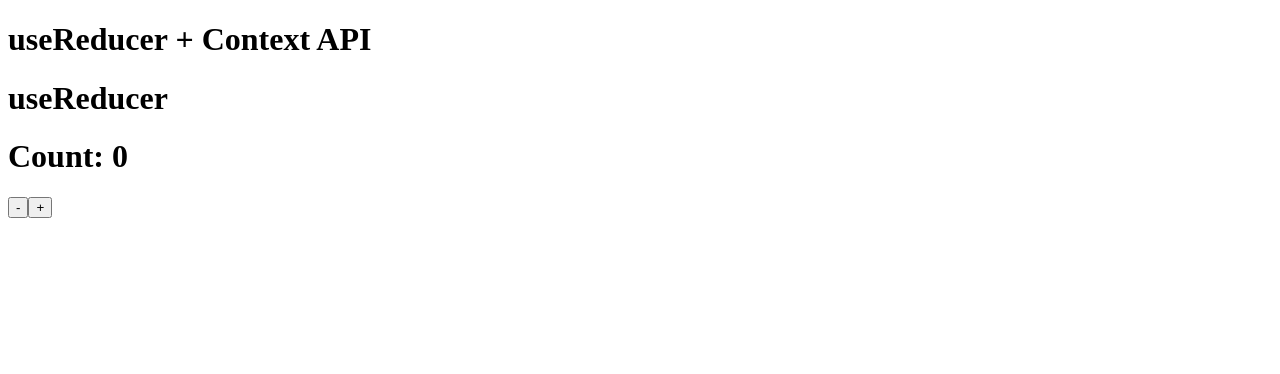
Repository: hungtuan/reactjs-k4-fullstack
Page: / (app in react-04/)
An editor plug-in stored every save of this project. The page is shown before and after the next save, followed by the edit.
The browser window is 1280 px wide. The pictures show the whole page.
The project was rebuilt for these pictures with package versions that can differ from the ones it lists, and the page was loaded fresh each time. Also part of the build but not shown: react-04/vite.config.js.

Above is the page before, as saved 2023-11-15 16:43:38.

### react-04/src/main.jsx
import React from "react";
import ReactDOM from "react-dom/client";
import App from "./App.jsx";
import Provider from "./core/Provider.jsx";

ReactDOM.createRoot(document.getElementById("root")).render(
  <React.StrictMode>
    <Provider>
      <App />
    </Provider>
  </React.StrictMode>
);

### react-04/src/App.jsx
import Counter from "./components/Counter";

export default function App() {
  return (
    <div>
      <h1>useReducer + Context API</h1>
      <Counter />
    </div>
  );
}

### react-04/src/core/Provider.jsx
import { createContext, useReducer } from "react";
import { reducer, initialState } from "./Reducer";
export const ProviderContext = createContext();
const Provider = ({ children }) => {
  const [state, dispatch] = useReducer(reducer, initialState);
  return (
    <ProviderContext.Provider
      value={{
        state,
        dispatch,
      }}
    >
      {children}
    </ProviderContext.Provider>
  );
};

export default Provider;

### react-04/src/components/Counter.jsx
import React, { useContext } from "react";
import { ProviderContext } from "../core/Provider";

export default function Counter() {
  const { state, dispatch } = useContext(ProviderContext);
  const handleDecrement = () => {
    dispatch({
      type: "counter/decrement",
    });
  };
  const handleIncrement = () => {
    dispatch({
      type: "counter/increment",
    });
  };
  return (
    <div>
      <h1>useReducer</h1>
      <h1>Count: {state.count}</h1>
      <button onClick={handleDecrement}>-</button>
      <button onClick={handleIncrement}>+</button>
    </div>
  );
}

### react-04/src/core/Reducer.jsx
export const initialState = {
  count: 0,
  todoList: [],
};
export const reducer = (state, action) => {
  switch (action.type) {
    case "counter/increment": {
      return { ...state, count: state.count + 1 };
    }
    case "counter/decrement": {
      return { ...state, count: state.count - 1 };
    }
    default:
      return state;
  }
};

### react-04/src/components/Todo.jsx
import React, { useContext } from "react";
import { useDispatch } from "../core/hook";

const Todo = () => {
  const state = useSelector();
  console.log(state);
  return (
    <div>
      <h2>Todo App</h2>
      <ul>
        <li>Item 1</li>
        <li>Item 2</li>
        <li>Item 3</li>
      </ul>
    </div>
  );
};

export default Todo;

### react-04/src/core/hook.jsx
import { useContext } from "react";
import { ProfilerContext } from "react";
// Custom hook
export const useSelector = () => {
  const { state } = useContext(ProfilerContext);
  return state;
};

// Hook đọc dispatch từ Global
export const useDispatch = () => {
  const { dispatch } = useContext(ProfilerContext);
  return dispatch;
};

Loaded but not shown: react-04/index.html (common file)

After the next save:
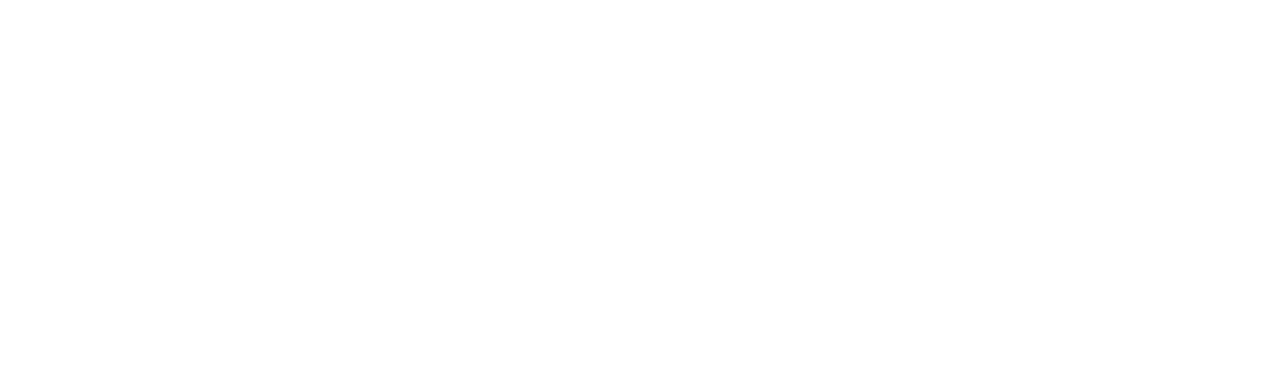
Console error: ReferenceError: useSelector is not defined
Saved 21 s later.
--- a/react-04/src/App.jsx
+++ b/react-04/src/App.jsx
@@ -1,10 +1,13 @@
 import Counter from "./components/Counter";
+import Todo from "./components/Todo";
 
 export default function App() {
   return (
     <div>
       <h1>useReducer + Context API</h1>
       <Counter />
+
+      <Todo />
     </div>
   );
 }

After the 5 saves that followed:
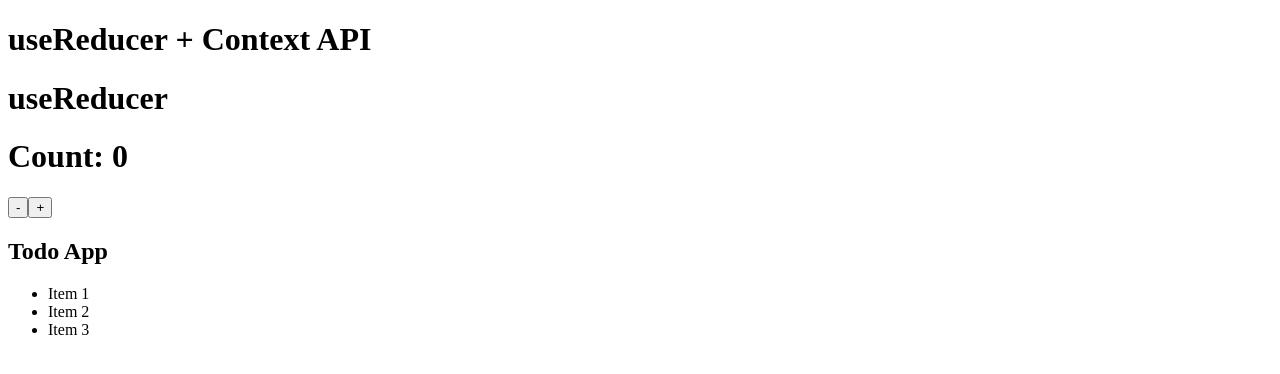
The error is gone.
The 5 saves are shown as one change because 3 left the picture as it was and some came seconds apart.
The last was saved 112 s later.
--- a/react-04/src/components/Todo.jsx
+++ b/react-04/src/components/Todo.jsx
@@ -1,5 +1,5 @@
 import React, { useContext } from "react";
-import { useDispatch } from "../core/hook";
+import { useDispatch, useSelector } from "../core/hook";
 
 const Todo = () => {
   const state = useSelector();
--- a/react-04/src/core/hook.jsx
+++ b/react-04/src/core/hook.jsx
@@ -1,13 +1,14 @@
 import { useContext } from "react";
-import { ProfilerContext } from "react";
+import { ProviderContext } from "./Provider";
+
 // Custom hook
 export const useSelector = () => {
-  const { state } = useContext(ProfilerContext);
+  const { state } = useContext(ProviderContext);
   return state;
 };
 
 // Hook đọc dispatch từ Global
 export const useDispatch = () => {
-  const { dispatch } = useContext(ProfilerContext);
+  const { dispatch } = useContext(ProviderContext);
   return dispatch;
 };
